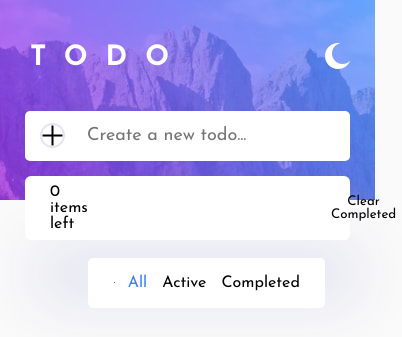
Repository: Haviles04/todoapp
Page: /
These files come from the project's save history. The page is drawn as it stood at one moment and after the next save; the edit follows.
The browser window is 375 px wide. The page is 402 px wide, then 375 px, so the pictures cover 402 px, including what lies to the right of the window. The pictures show the whole page.
The project was rebuilt for these pictures with package versions that can differ from the ones it lists, and the page was loaded fresh each time.

Above is the page before, as saved 2022-10-24 16:31:10.

After the next save:
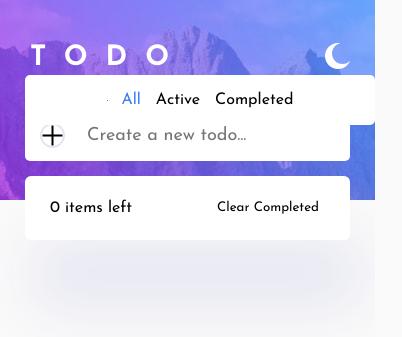
Saved 10 s later.
--- a/src/components/optionsFooter/optionsFooter.css
+++ b/src/components/optionsFooter/optionsFooter.css
@@ -47,12 +47,11 @@
 
 @media only screen and (max-width:600px ){
     .options{
-        position: relative;
+        position: absolute;
         display: flex;
         justify-content: center;
         width: 350px;
-        padding-left: 25px;
-        padding-right: 25px;
+        padding: px;
         height: 50px;
         top:75px;
         background-color: white;
